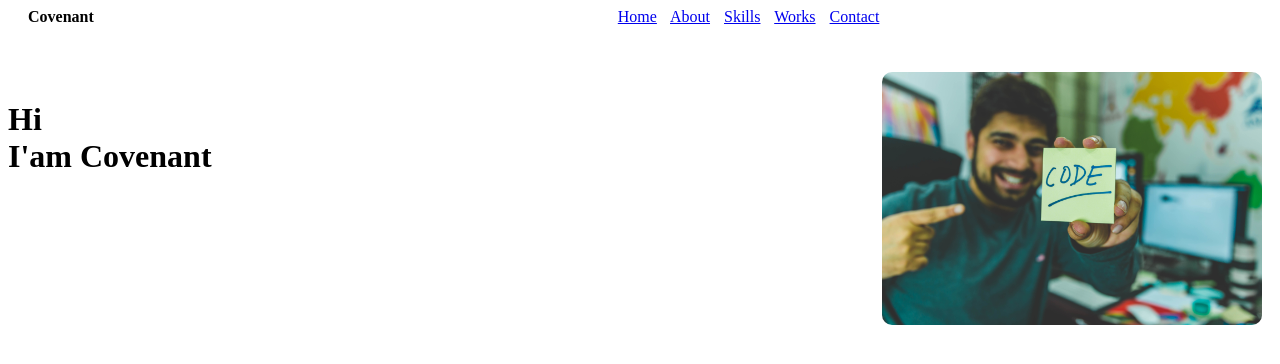
Repository: Tobby004/bdc-assignment-1
Page: index.html
These files come from the project's save history. The page is drawn as it stood at one moment and after the next save; the edit follows.
The browser window is 1280 px wide. The pictures show the whole page.

Above is the page before, as saved 2023-02-09 09:00:16.

### index.html
<!DOCTYPE html>
<html lang="en">
<head>
    <meta charset="UTF-8">
    <meta http-equiv="X-UA-Compatible" content="IE=edge">
    <meta name="viewport" content="width=device-width, initial-scale=1.0">
    <title>Document</title>
    <link rel="stylesheet" href="task.css">
</head>
<body>
    <header>
        <b>
            Covenant
        </b>
        <a href="#">
            Home</a>
            <a href="#">About</a>
            <a href="#">Skills</a>
            <a href="#">Works</a>
            <a href="#">Contact</a>
    </header>
    <br>
    <br>
   <img src="image/Cov.jpg">
   <br>
   <h1>Hi <br> I'am <b>Covenant</b></h1>
</body>
</html>

### task.css
* {
    box-sizing: border-box;
}
header b {
padding: 20px;
margin-right: 500px;
max-width: 500%;
}
header a {
    margin-inline-end: 10px;
}
img{
    width: 400Px;
    display: block;
    padding: 10px;
    float: right;
    border-radius: 20px;
}

After the next save:
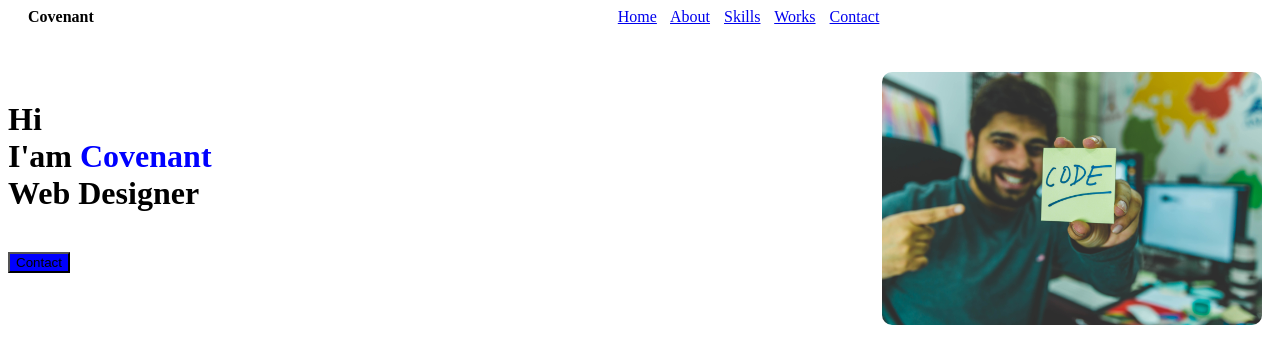
Saved 3 min 52 s later.
--- a/index.html
+++ b/index.html
@@ -23,6 +23,8 @@
     <br>
    <img src="image/Cov.jpg">
    <br>
-   <h1>Hi <br> I'am <b>Covenant</b></h1>
+   <h1>Hi <br> I'am <b>Covenant</b><br> Web Designer</h1>
+<br>
+<button>Contact</button>
 </body>
 </html>
--- a/task.css
+++ b/task.css
@@ -16,3 +16,9 @@ img{
     float: right;
     border-radius: 20px;
 }
+h1 b {
+    color: blue;
+}
+button {
+    background-color: blue;
+}
